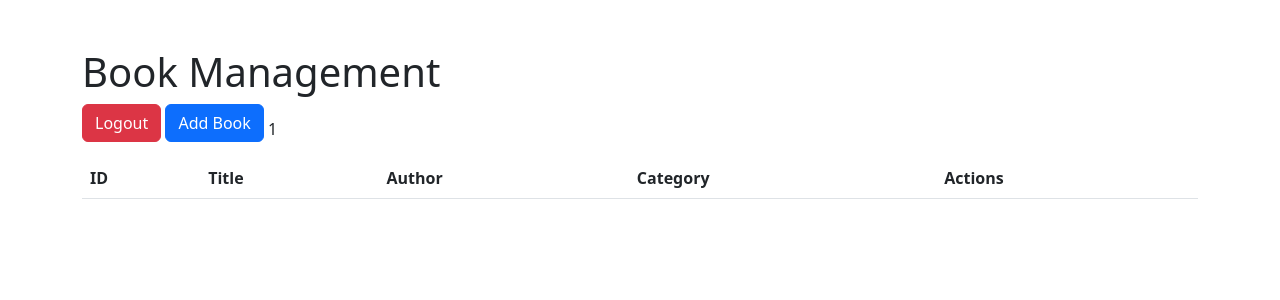
Repository: Abdulahi338/Book-management-system
Page: http://localhost/book/
The author's editor kept a copy of each file at every save. The page is drawn from the files as they stood at one save, then again after the next save.
The browser window is 1280 px wide. The pictures show the whole page.
The page is run by PHP 8.4 with error messages shown; the project is at /var/www/html/. The session is filled in as if someone had signed in: {"user_id": 1, "email": "test@example.com", "role": "admin"}. Queries for data that is not in the repository find no rows.

Above is the page before, as saved 2024-08-22 17:39:15.

After the next save:
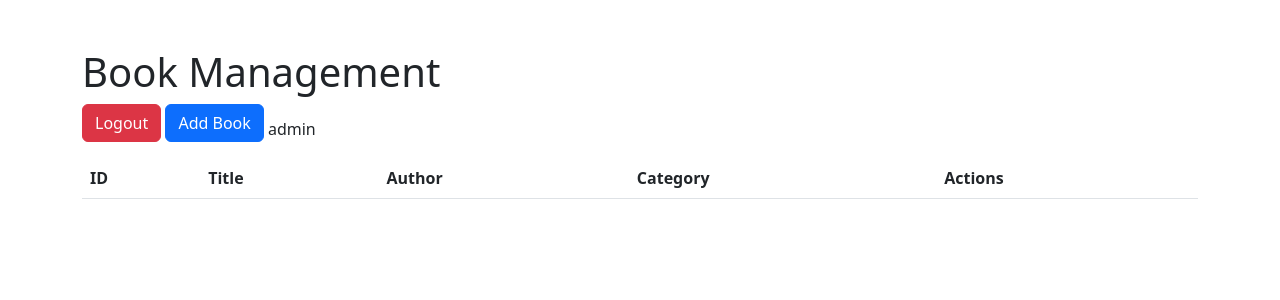
Saved 12 s later.
--- a/index.php
+++ b/index.php
@@ -27,7 +27,7 @@ include "conn.php";
         <!-- Logout Button -->
         <a href="logout.php" class="btn btn-danger mb-3">Logout</a>
         <button class="btn btn-primary mb-3" data-bs-toggle="modal" data-bs-target="#addBookModal">Add Book</button>
-        <?php echo $_SESSION['user_id'];?>
+        <?php echo $_SESSION['role'];?>
 
         <table class="table table-striped">
             <thead>
